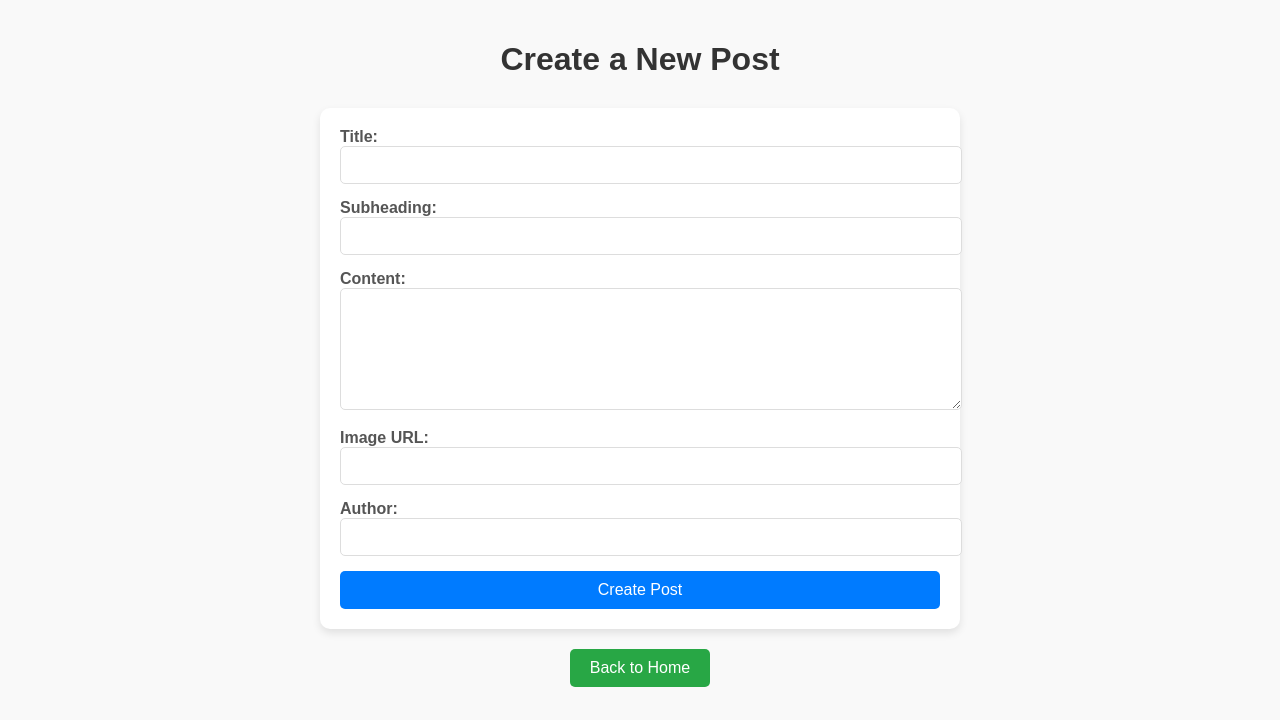
Repository: zisx96/spring-blog
Page: http://localhost/createPost
An editor plug-in stored every save of this project. The page is shown before and after the next save, followed by the edit.
The browser window is 1280 px wide. The pictures show the whole page.
The page is this project's Thymeleaf template; nobody is signed in. The template is opened directly, without the code that normally fills it, so the values that code supplies are empty.

Above is the page before, as saved 2024-12-03 17:20:26.

After the next save:
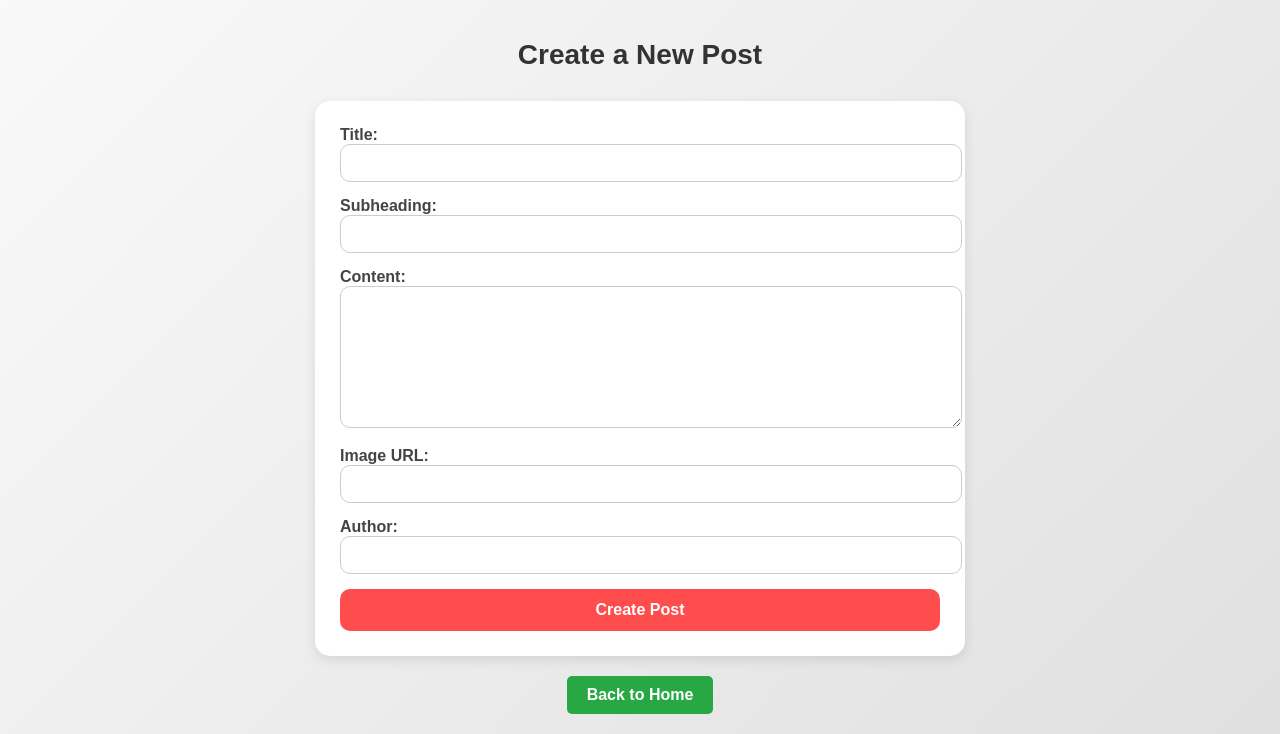
Saved 75 s later.
--- a/BloggerWebApp/src/main/resources/templates/createPost.html
+++ b/BloggerWebApp/src/main/resources/templates/createPost.html
@@ -5,63 +5,76 @@
     <style>
         body {
             font-family: 'Arial', sans-serif;
-            background-color: #f9f9f9;
+            background: linear-gradient(135deg, #f9f9f9, #e0e0e0);
             margin: 0;
             padding: 20px;
             display: flex;
             flex-direction: column;
             align-items: center;
+            justify-content: center;
         }
 
         h1 {
             color: #333;
             margin-bottom: 30px;
+            text-align: center;
+            font-size: 28px;
+            font-weight: 600;
         }
 
         form {
             background-color: #ffffff;
-            border-radius: 10px;
-            box-shadow: 0 4px 8px rgba(0, 0, 0, 0.1);
-            padding: 20px;
+            border-radius: 15px;
+            box-shadow: 0 4px 12px rgba(0, 0, 0, 0.1);
+            padding: 25px;
             width: 100%;
             max-width: 600px;
             display: flex;
             flex-direction: column;
+            gap: 15px;
         }
 
         label {
             font-weight: bold;
             margin-bottom: 5px;
-            color: #555;
+            color: #444;
+            font-size: 16px;
         }
 
         input, textarea {
             width: 100%;
             padding: 10px;
-            margin-bottom: 15px;
-            border: 1px solid #ddd;
-            border-radius: 5px;
+            border: 1px solid #ccc;
+            border-radius: 10px;
             font-size: 14px;
+            outline: none;
+            transition: border-color 0.3s;
+        }
+
+        input:focus, textarea:focus {
+            border-color: #007BFF;
         }
 
         textarea {
             resize: vertical;
-            min-height: 100px;
+            min-height: 120px;
         }
 
         button {
-            background-color: #007BFF;
+            background-color: #FF4C4C; /* Red color */
             color: white;
-            padding: 10px;
+            padding: 12px 20px;
             border: none;
-            border-radius: 5px;
+            border-radius: 10px;
             font-size: 16px;
             cursor: pointer;
-            transition: background-color 0.3s ease;
+            transition: background-color 0.3s, transform 0.3s;
+            font-weight: bold;
         }
 
         button:hover {
-            background-color: #0056b3;
+            background-color: #D32F2F; /* Darker red */
+            transform: translateY(-2px);
         }
 
         .btn {
@@ -73,11 +86,13 @@
             border-radius: 5px;
             text-decoration: none;
             font-size: 16px;
-            transition: background-color 0.3s ease;
+            transition: background-color 0.3s, transform 0.3s;
+            font-weight: bold;
         }
 
         .btn:hover {
             background-color: #218838;
+            transform: translateY(-2px);
         }
     </style>
 </head>
